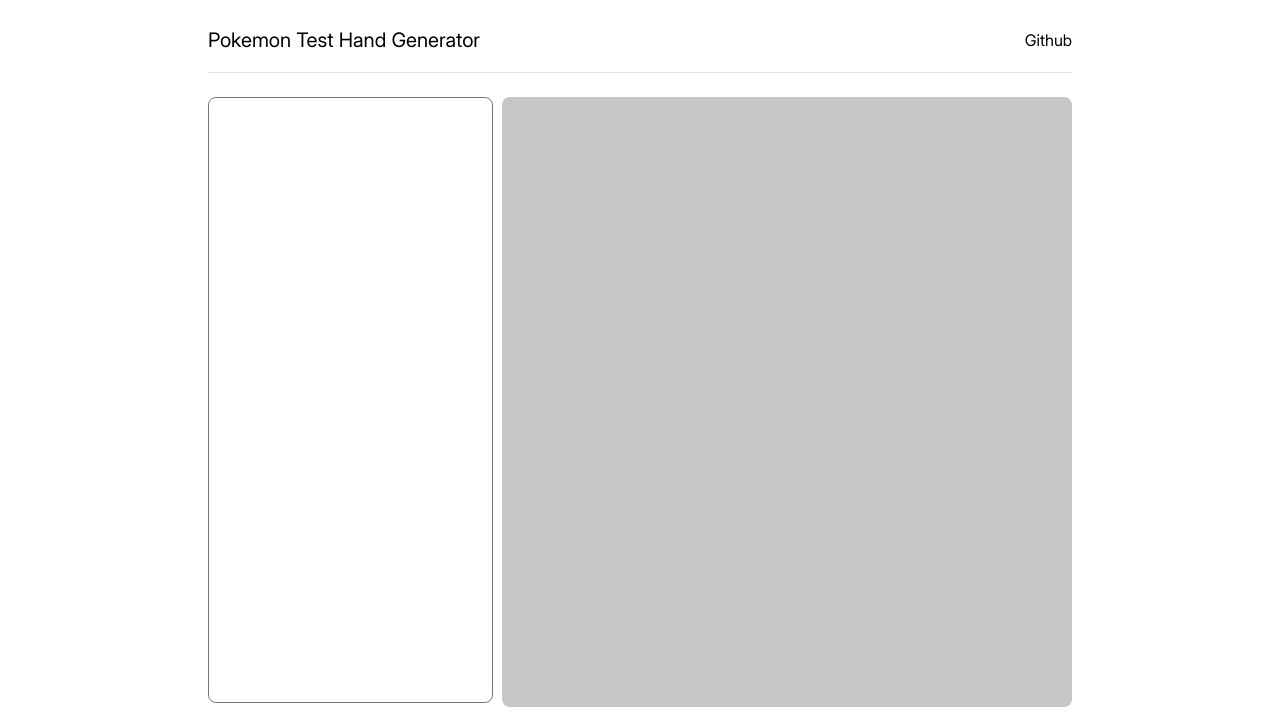
Repository: danielj1415/test-hand-simulator
Page: /
These files come from the project's save history. The page is drawn as it stood at one moment and after the next save; the edit follows.
The browser window is 1280 px wide. The pictures show the whole page.
The project was rebuilt for these pictures with package versions that can differ from the ones it lists, and the page was loaded fresh each time. Also part of the build but not shown: vite.config.ts, src/index.css.

Above is the page before, as saved 2024-10-30 18:11:22.

After the next save:
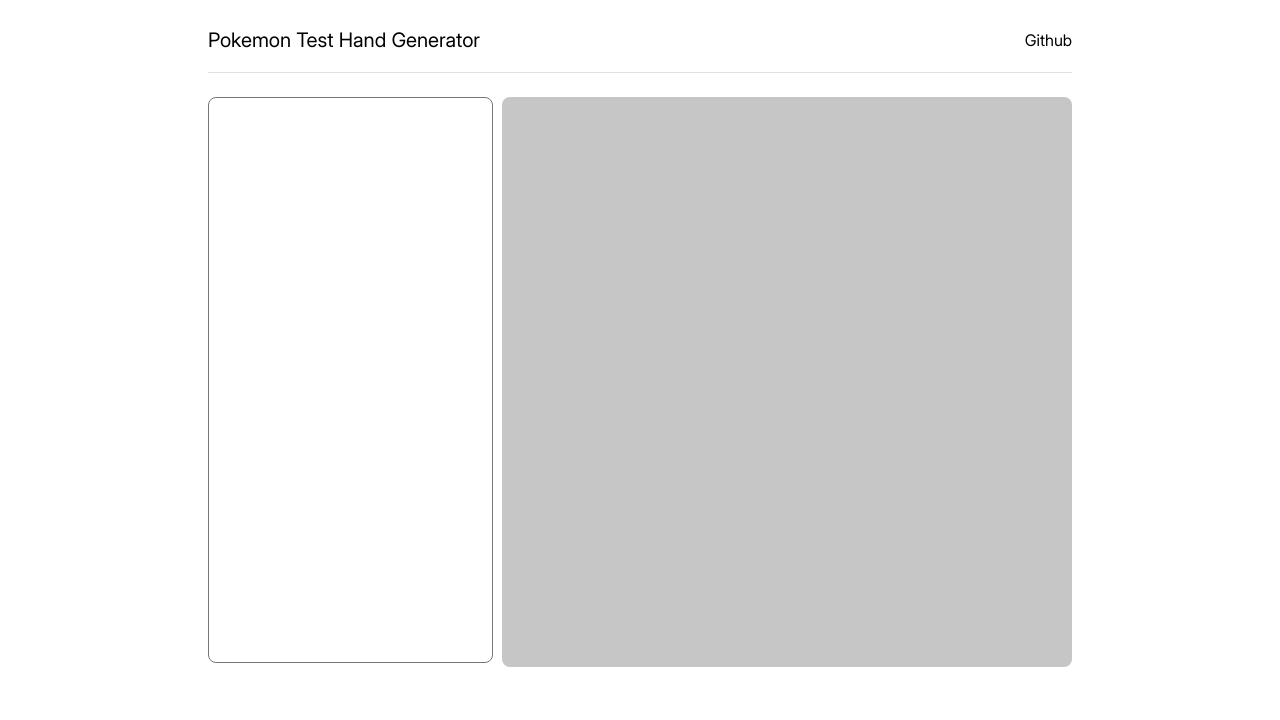
Saved 9 s later.
--- a/src/App.css
+++ b/src/App.css
@@ -47,7 +47,7 @@
 
 .deckInputDiv{
   width: 98%;
-  height: 600px;
+  height: 560px;
   resize: none;
   border-radius: 8px;
   font-family: "Inter";
